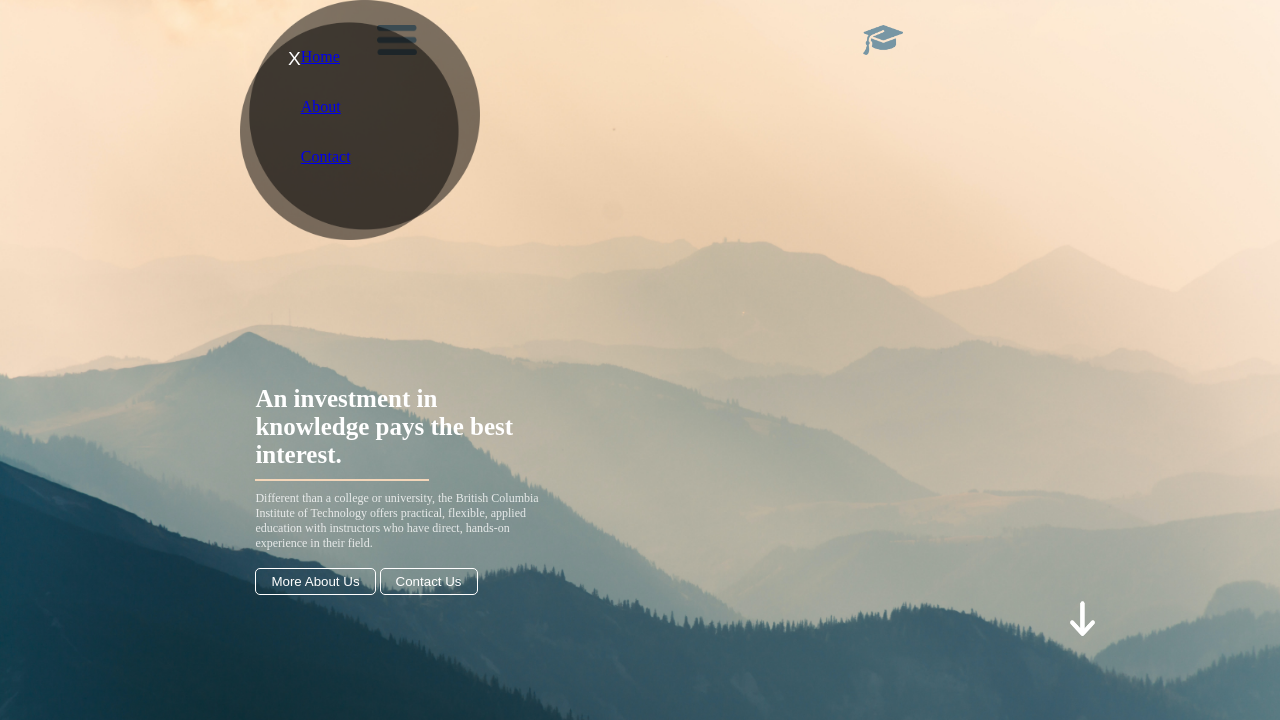
Repository: Sheraliramzan/Aly_A01253508_Assignment1
Page: /
The author's editor kept a copy of each file at every save. The page is drawn from the files as they stood at one save, then again after the next save.
The browser window is 1280 px wide. The pictures show the whole page.
The project was rebuilt for these pictures with package versions that can differ from the ones it lists, and the page was loaded fresh each time. The framework's server and built-in components were replaced by stand-ins that run in the browser. Also part of the build but not shown: next.config.js.

Above is the page before, as saved 2023-02-04 17:47:28.

After the next save:
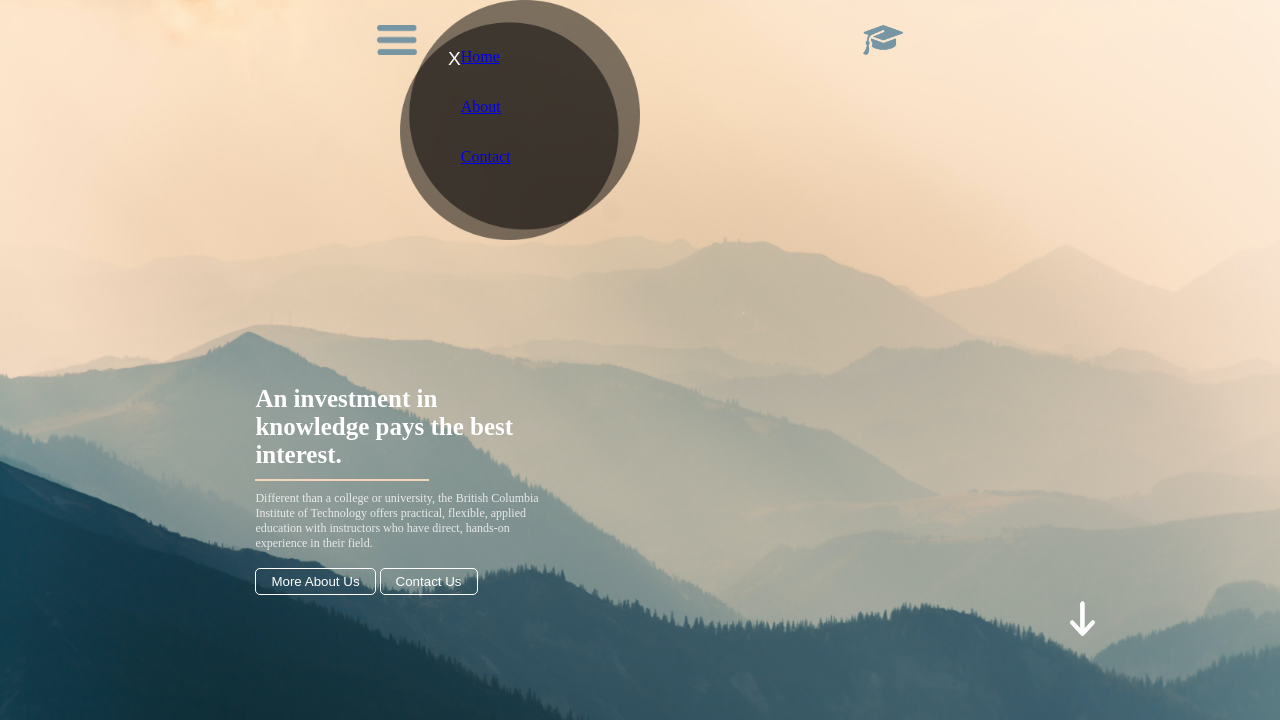
Saved 6 s later.
--- a/styles/globals.css
+++ b/styles/globals.css
@@ -25,7 +25,7 @@ body {
 .menucont{
   position: absolute;
   top: 0rem;
-  left: 15rem;
+  left: 25rem;
 }
 
 ul {
